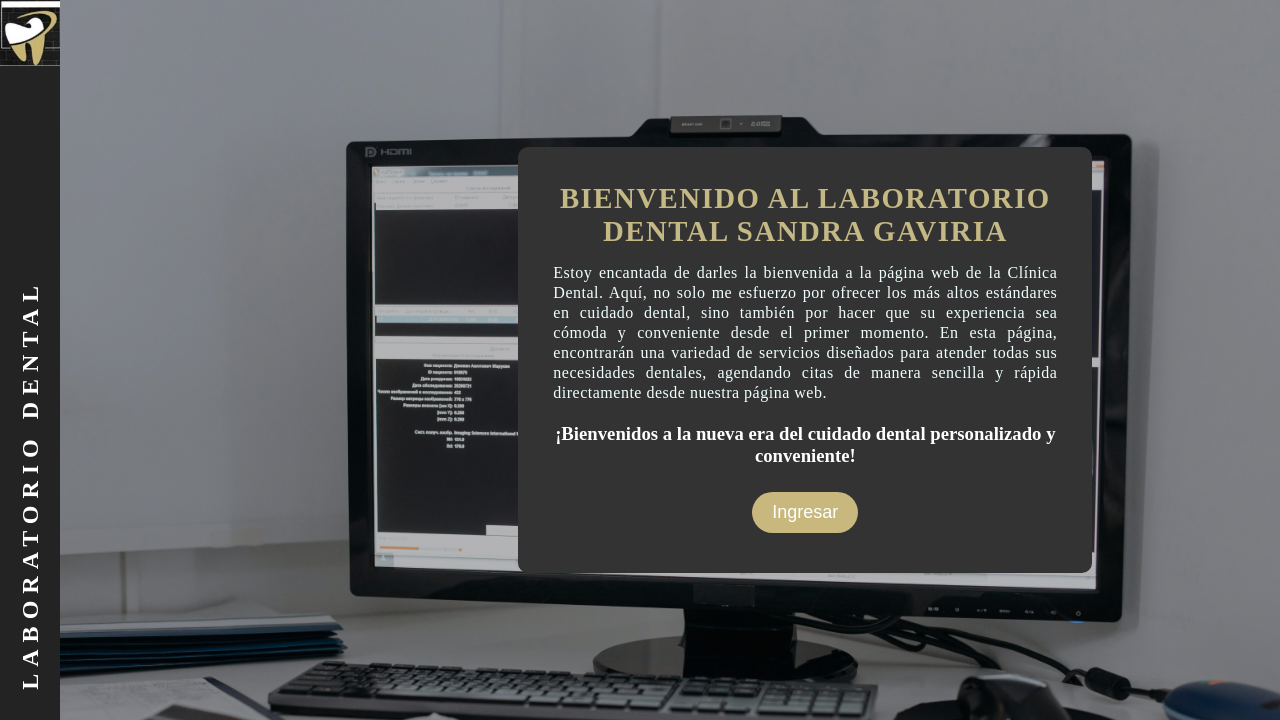
Repository: IIntef/ProyectoDental2.0
Page: Proyecto/Proyecto/Fer.html
An editor plug-in stored every save of this project. The page is shown before and after the next save, followed by the edit.
The browser window is 1280 px wide. The pictures show the whole page.

Above is the page before, as saved 2024-06-18 13:42:23.

### Proyecto/Proyecto/Fer.html
<!DOCTYPE html>
<html lang="en">
<head>
    <meta charset="UTF-8">
    <meta name="viewport" content="width=device-width, initial-scale=1.0">
    <title>Inicio</title>
    <link rel="stylesheet" href="StyleFer.css">
</head>
<body>
    <header>
        <img src="Logo.jpeg" alt="Logo Laboratorio Dental">
        <h1>LABORATORIO DENTAL</h1>
    </header>
    <main>
        <div class="container">
        <h2>BIENVENIDO AL LABORATORIO DENTAL SANDRA GAVIRIA</h2>
        <P>Estoy encantada de darles la bienvenida a la página web de la Clínica Dental. Aquí, no solo me esfuerzo por ofrecer los más altos estándares
        en cuidado dental, sino también por hacer que su experiencia sea cómoda y conveniente desde el primer momento.
        En esta página, encontrarán una variedad de servicios diseñados para atender todas sus necesidades dentales, agendando citas de manera sencilla y rápida directamente desde nuestra página web. </P>
        <h3>¡Bienvenidos a la nueva era del cuidado dental personalizado y conveniente!</h3>
        <div class="buttons">
        <button id="ingresar">Ingresar</button>
        </div>
    </div>
    </main>
</body>
</html>

### Proyecto/Proyecto/StyleFer.css
header{
    position: relative;
    background-color: #232323;
    width: fit-content;
    height: 100vh;
    display: flex;
    flex-direction: column;
    align-items: center;
    justify-content: space-between;
    z-index: 1;
}

header h1 {
    writing-mode: vertical-rl;
    letter-spacing: 7px;
    font-size: clamp(1rem, 2.5vw, 1.5rem);
    transform: rotate(180deg);
    color: #fff;
    margin: 30px 0 ;
    font-weight: bold;
}

header img {
    width: 8vw;
    max-width: 60px;
}

main{
    width: 100%;
    justify-content:center;
    align-items: center;
    margin-left: calc(55% - 6.5cm);
}

.container{
    flex: 1;
    background-color: #333;
    color: #ffffff;
    padding: 35px;
    text-align: center;
    width: 70vw;
    max-width: 70vh;
    border-radius: 10px;
}
body {
    padding: 0;
    margin: 0;
    font-family: 'Times New Roman', Times, serif, Helvetica, Arial, sans-serif;
    display: flex;
    align-items: center;
    min-height: 100%;
    background: linear-gradient(rgba(5,7,12,0.3), rgba(5,7,12,0.3)), url("Fondo.jpg"), no-repeat center center fixed;
    width: 100%;
    background-size: cover;
}

h1{
    margin: 0;
    color: white;
    font-family: 'Fredoka One';
    letter-spacing: 1.5px;
    font-size: clamp(1.5rem, 2.5vw, 2rem);
    text-align: center;
}

h2{
    margin: 0;
    color: #c4b884;
    font-family: 'Fredoka One';
    letter-spacing: 1.5px;
    font-size: clamp(1.2rem, 2.5vw, 1.8rem);
    text-align:center;
}

h3{
    color: #ffffff;
}

p{
    font-weight: 100;
    line-height: 20px;
    letter-spacing: 0.5px;
    margin: 15px 0 20px;
    font-size: courier(1.2rem, 2.5vw, 1.3rem);
    text-align: justify;
    color:azure;
}


.buttons {
    margin-top: 20px;
    align-items: center;
}

button {
    font-size: large;
    background-color: #c8b87d;
    color: #ffffff;
    border: none;
    padding: 10px 20px;
    margin: 5px;
    cursor: pointer;
    border-radius: 30px; /* Bordes redondos */
    transition: background-color 0.3s; /* Transición suave del color de fondo */
}

button:hover {
    background-color: #c4b884; /* Cambia el color al pasar el cursor */
}

After the next save:
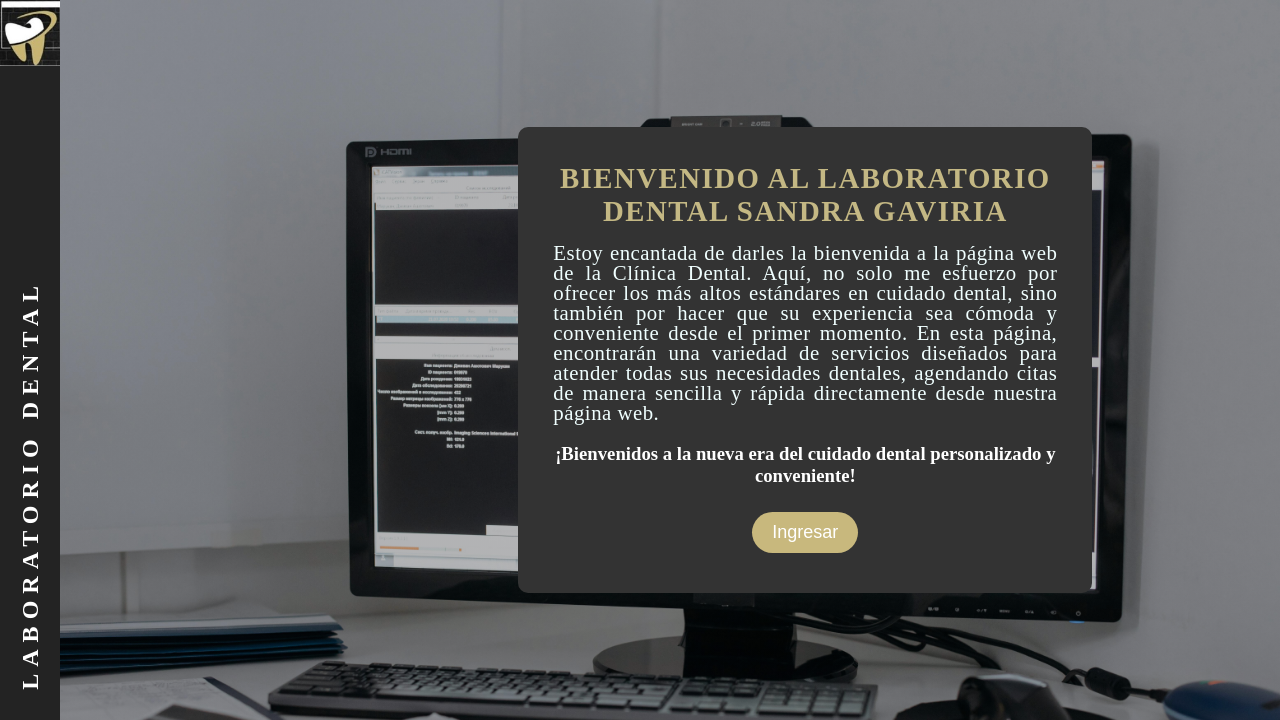
Saved 14 s later.
--- a/Proyecto/Proyecto/StyleFer.css
+++ b/Proyecto/Proyecto/StyleFer.css
@@ -81,7 +81,7 @@ p{
     line-height: 20px;
     letter-spacing: 0.5px;
     margin: 15px 0 20px;
-    font-size: courier(1.2rem, 2.5vw, 1.3rem);
+    font-size: clamp(1.2rem, 2.5vw, 1.3rem);
     text-align: justify;
     color:azure;
 }
